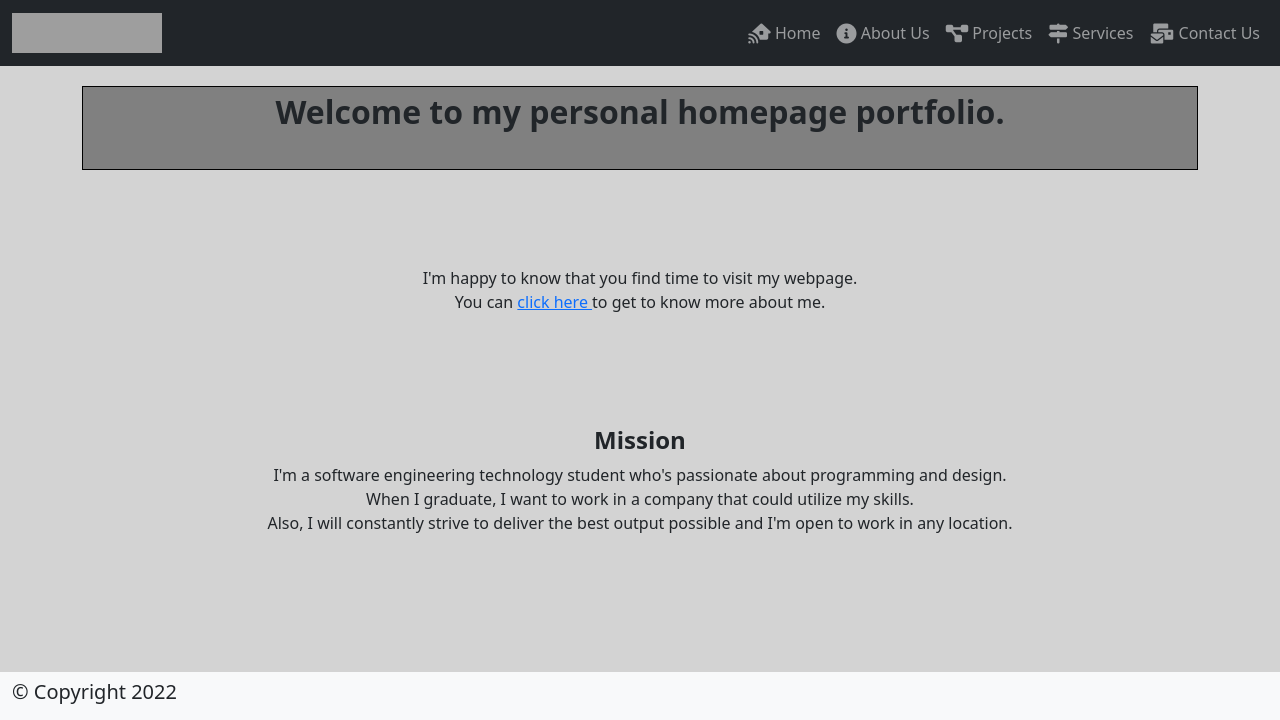
Repository: acarino4/Express-Portfolio-Site
Page: http://localhost/
These files come from the project's save history. The page is drawn as it stood at one moment and after the next save; the edit follows.
The browser window is 1280 px wide. The pictures show the whole page.
Pictures or frames that could not be fetched are drawn as grey boxes. The page is served by the project's Node server (server.js).

Above is the page before, as saved 2022-10-08 18:55:08.

After the next save:
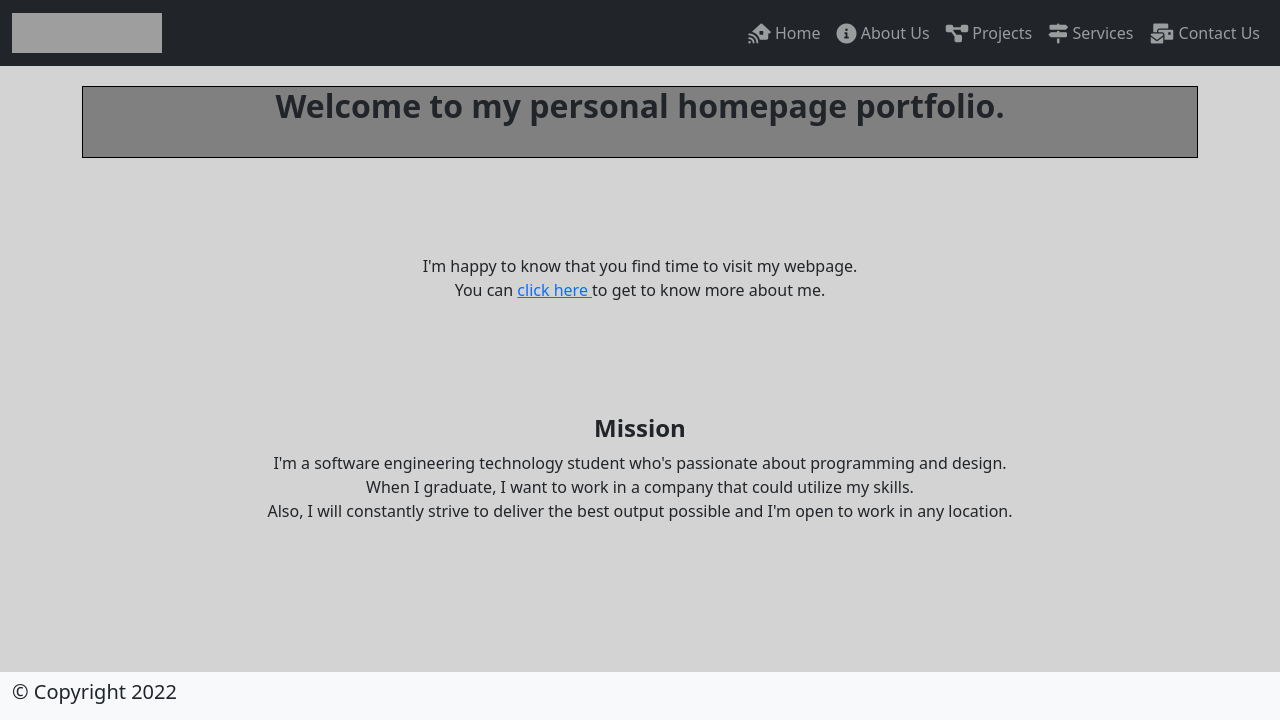
Saved 41 s later.
--- a/Server/Views/content/home.ejs
+++ b/Server/Views/content/home.ejs
@@ -12,7 +12,7 @@
         }
         .div1 {
             border: 1px solid black;
-            padding: 6px;
+
             background-color: grey;
             text-align: center;
 
@@ -41,5 +41,7 @@
     <p>I'm a software engineering technology student who's passionate about programming and design. <br>
     When I graduate, I want to work in a company that could utilize my skills. <br>
     Also, I will constantly strive to deliver the best output possible and I'm open to work in any location.</p>
+
+    <p> </p>
 </div>
 </center>

After the save that followed:
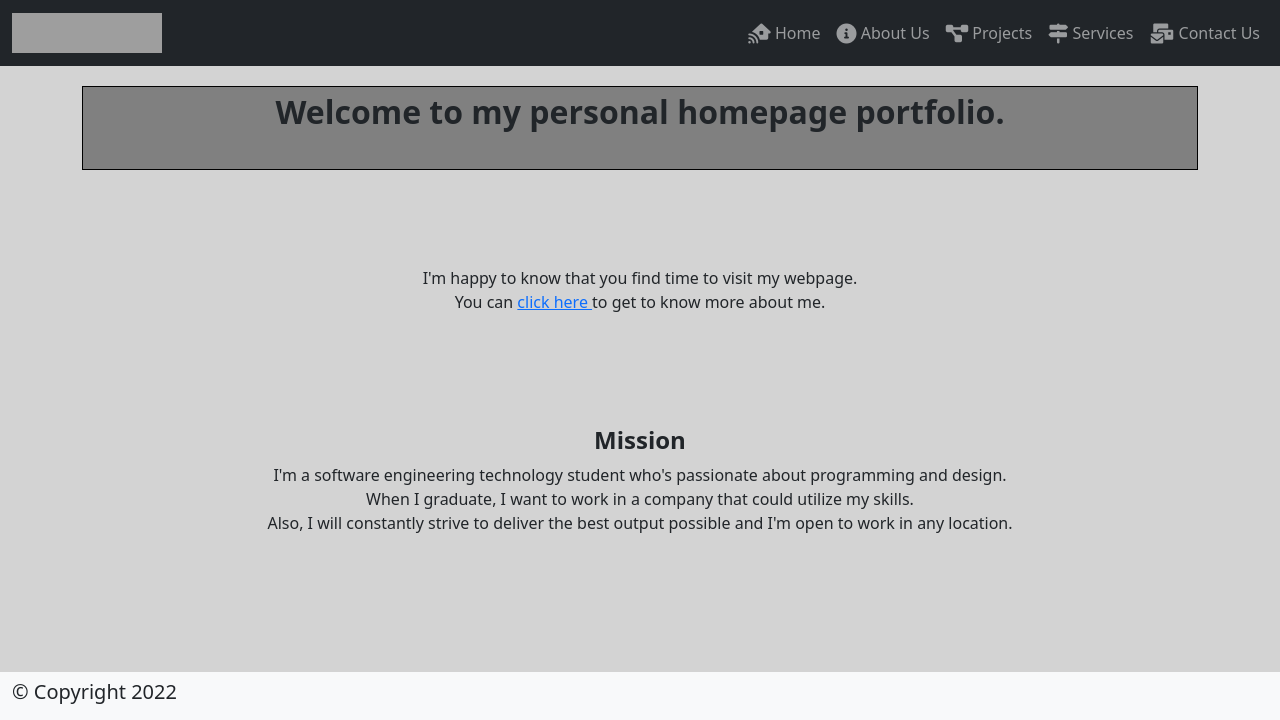
Saved 4 s later.
--- a/Server/Views/content/home.ejs
+++ b/Server/Views/content/home.ejs
@@ -12,7 +12,7 @@
         }
         .div1 {
             border: 1px solid black;
-
+            padding: 6px;
             background-color: grey;
             text-align: center;
 
